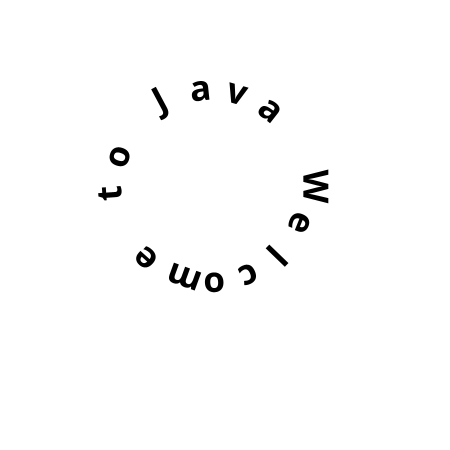
Repository: Mselenko/Java
Program's window: java w_5/JavaFx/src/task_3/CircleText.java
These files come from the project's save history. The program's window is drawn as it stood at one moment and after the next save; the edit follows.
It runs on Java 21 on a 1366 x 768 screen with JavaFX 11; the title bar is not drawn.

Above is the program's window before, as saved 2019-06-22 01:20:26.

### w_5/JavaFx/src/task_3/CircleText.java
package task_3;

import javafx.application.Application;
import javafx.geometry.Point2D;
import javafx.scene.Scene;
import javafx.scene.layout.Pane;
import javafx.scene.text.Font;
import javafx.scene.text.FontWeight;
import javafx.scene.text.Text;
import javafx.stage.Stage;



public class CircleText extends Application{

    @Override
    public void start(Stage stage)
    {

        Pane pane = new Pane();
        String[] text = "Welcome to Java".split("");
        Font font = Font.font("Times New Roman", FontWeight.EXTRA_BOLD, 35);

        Point2D center = new Point2D(200, 200);

        double radius = 100;
        double angle = 0;
        double rotate = 90;

        for (int i = 0; i < text.length; i++, angle += 22, rotate += 22) {
            double x = center.getX() + radius * Math.cos(Math.toRadians(angle));
            double y = center.getY() + radius * Math.sin(Math.toRadians(angle));


            Text newText = new Text(x, y,text[i]);
            newText.setFont(font);
            newText.setRotate(rotate);

            pane.getChildren().add(newText);

        }

        Scene scene = new Scene(pane, 450, 450);

        stage.setTitle("Circle Text");
        stage.setScene(scene);
        stage.show();
    }

    public static void main(String[] args)
    {
        launch(args);
    }
}

After the next save:
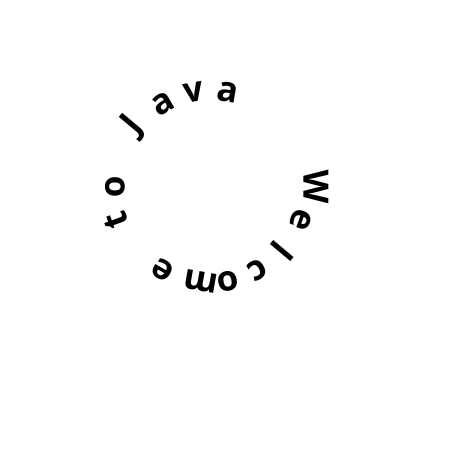
Saved 18 s later.
--- a/w_5/JavaFx/src/task_3/CircleText.java
+++ b/w_5/JavaFx/src/task_3/CircleText.java
@@ -27,7 +27,8 @@
         double angle = 0;
         double rotate = 90;
 
-        for (int i = 0; i < text.length; i++, angle += 22, rotate += 22) {
+        for (int i = 0; i < text.length; i++, angle += 20, rotate += 20)
+        {
             double x = center.getX() + radius * Math.cos(Math.toRadians(angle));
             double y = center.getY() + radius * Math.sin(Math.toRadians(angle));
 
